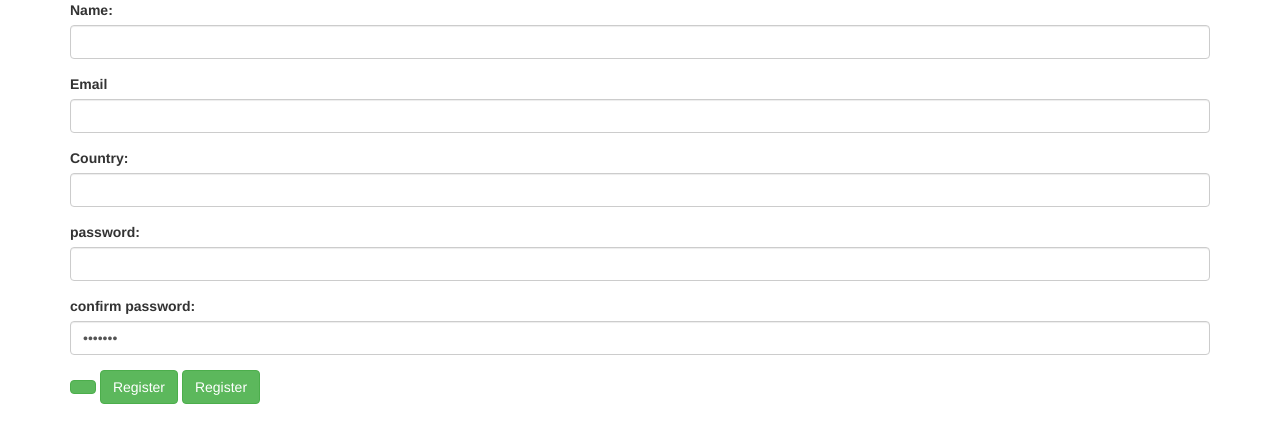
Repository: suvarsha/cognizant-projects
Page: BootStramp1/WebContent/register.html
An editor plug-in stored every save of this project. The page is shown before and after the next save, followed by the edit.
The browser window is 1280 px wide. The pictures show the whole page.

Above is the page before, as saved 2020-01-20 04:42:02.

### BootStramp1/WebContent/register.html
<!DOCTYPE html>
<html lang="en">
<head>
  <title>Bootstrap Example</title>
  <meta charset="utf-8">
  <meta name="viewport" content="width=device-width, initial-scale=1">
  <link rel="stylesheet" href="https://maxcdn.bootstrapcdn.com/bootstrap/3.4.1/css/bootstrap.min.css">
  <script src="https://ajax.googleapis.com/ajax/libs/jquery/3.4.1/jquery.min.js"></script>
  <script src="https://maxcdn.bootstrapcdn.com/bootstrap/3.4.1/js/bootstrap.min.js"></script>
</head>
<body>

<div class="container">
  <form>
    <div class="form-group">
      <label for="usr">Name:</label>
      <input type="text"   class="form-control"  id="usr">
    </div>
    <div class="form-group">
      <label for="mail">Email</label>
      <input type="email"   class="form-control" id="ml">
    </div>
    <div class="form-group">
      <label for="cnty">Country:</label>
      <input type="text" class="form-control"    id="cy">
      </div>
       <div class="form-group">
      <label for="password">password:</label>
      <input type="password" class="form-control"   id="ps">
      </div>
       <div class="form-group">
      <label for="confirm password">confirm password:</label>
      <input type="password" class="form-control"  value="Fakepsw" id="pass">
    </div>
    <a href ="login.html" class="btn btn-success" role="button"></a>
    <button type="button" class="btn btn-success">Register</button>
    <input type="button" class="btn btn-success" value="Register">
  </form>
</div>
</body>
</html>

After the next save:
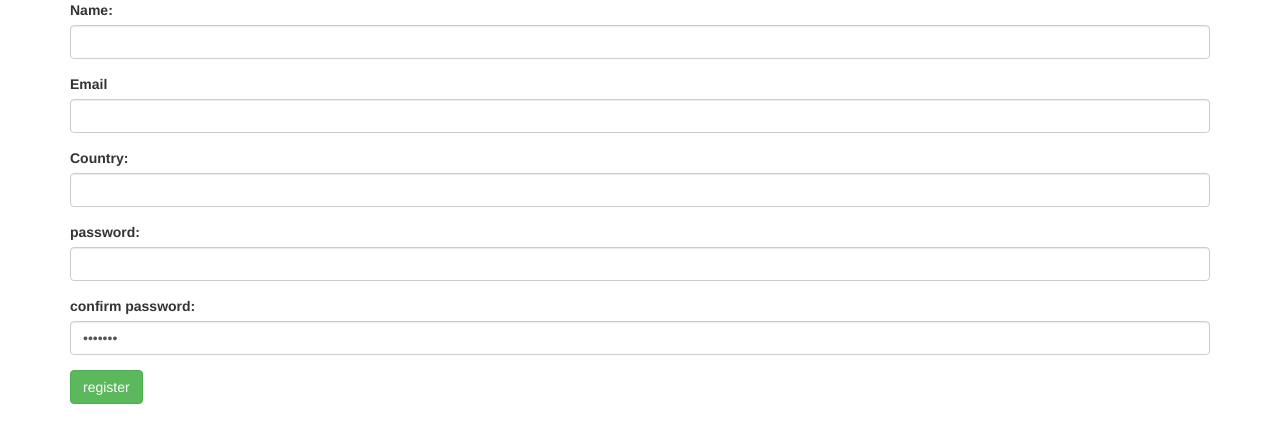
Saved 18 s later.
--- a/BootStramp1/WebContent/register.html
+++ b/BootStramp1/WebContent/register.html
@@ -9,9 +9,8 @@
   <script src="https://maxcdn.bootstrapcdn.com/bootstrap/3.4.1/js/bootstrap.min.js"></script>
 </head>
 <body>
-
 <div class="container">
-  <form>
+   <form action="login.html">
     <div class="form-group">
       <label for="usr">Name:</label>
       <input type="text"   class="form-control"  id="usr">
@@ -32,10 +31,8 @@
       <label for="confirm password">confirm password:</label>
       <input type="password" class="form-control"  value="Fakepsw" id="pass">
     </div>
-    <a href ="login.html" class="btn btn-success" role="button"></a>
-    <button type="button" class="btn btn-success">Register</button>
-    <input type="button" class="btn btn-success" value="Register">
-  </form>
-</div>
+    <button type="button" class="btn btn-success">register</button>
+    </form>
+        </div>
 </body>
 </html>
